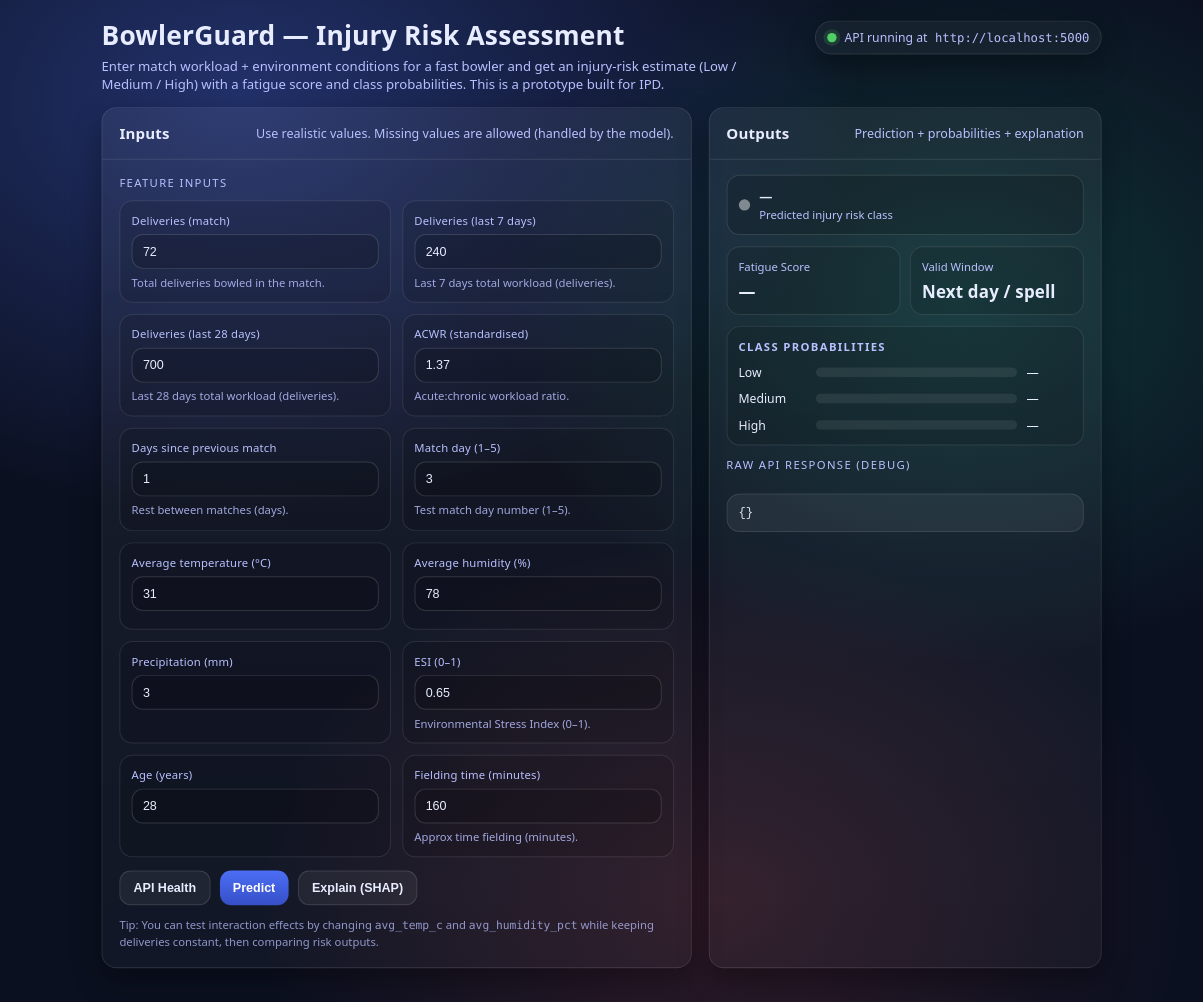
Repository: KulinduDev/bowlerguard_final
Page: bowlerguard/frontend/index.html
An editor plug-in stored every save of this project. The page is shown before and after the next save, followed by the edit.
The browser window is 1280 px wide. The pictures show the whole page, at 94% of full size.

Above is the page before, as saved 2026-02-23 08:53:57.

### bowlerguard/frontend/index.html
<!doctype html>
<html>
<head>
  <meta charset="utf-8"/>
  <meta name="viewport" content="width=device-width, initial-scale=1"/>
  <title>BowlerGuard</title>

  <style>
    :root{
      --bg:#0b1020;
      --card:#111a33;
      --card2:#0f1730;
      --text:#e8ecff;
      --muted:#b8c0ff;
      --line:rgba(255,255,255,.10);
      --shadow: 0 12px 30px rgba(0,0,0,.35);
      --radius:16px;

      --low:#20c997;
      --med:#f59f00;
      --high:#fa5252;
      --btn:#4c6ef5;
      --btn2:#364fc7;
    }

    *{ box-sizing:border-box; }
    body{
      margin:0;
      font-family: ui-sans-serif, system-ui, -apple-system, Segoe UI, Roboto, Helvetica, Arial;
      background: radial-gradient(1200px 800px at 20% 10%, rgba(76,110,245,.35), transparent 55%),
                  radial-gradient(900px 700px at 80% 30%, rgba(32,201,151,.20), transparent 55%),
                  radial-gradient(900px 700px at 60% 90%, rgba(250,82,82,.15), transparent 55%),
                  var(--bg);
      color:var(--text);
      min-height:100vh;
    }

    .wrap{
      max-width:1100px;
      margin:0 auto;
      padding:22px 18px 36px;
    }

    .header{
      display:flex;
      align-items:flex-start;
      justify-content:space-between;
      gap:16px;
      margin-bottom:14px;
    }

    .brand h1{
      margin:0;
      font-size:28px;
      line-height:1.1;
      letter-spacing:.2px;
    }
    .brand p{
      margin:8px 0 0;
      color:var(--muted);
      font-size:14px;
      line-height:1.4;
      max-width: 720px;
    }

    .pill{
      display:inline-flex;
      align-items:center;
      gap:8px;
      padding:8px 12px;
      border:1px solid var(--line);
      border-radius:999px;
      background:rgba(255,255,255,.04);
      box-shadow: var(--shadow);
      font-size:13px;
      color:var(--muted);
      white-space:nowrap;
    }
    .dot{
      width:10px;height:10px;border-radius:50%;
      background: #51cf66;
      box-shadow: 0 0 0 4px rgba(81,207,102,.15);
    }

    .grid{
      display:grid;
      grid-template-columns: 1.2fr .8fr;
      gap:18px;
      margin-top:14px;
    }
    @media (max-width: 980px){
      .grid{ grid-template-columns:1fr; }
      .pill{ display:none; }
    }

    .card{
      background: linear-gradient(180deg, rgba(255,255,255,.06), rgba(255,255,255,.03));
      border:1px solid var(--line);
      border-radius: var(--radius);
      box-shadow: var(--shadow);
      overflow:hidden;
    }
    .card-h{
      padding:16px 18px;
      border-bottom:1px solid var(--line);
      display:flex;
      align-items:center;
      justify-content:space-between;
      gap:12px;
    }
    .card-h h2{
      margin:0;
      font-size:16px;
      letter-spacing:.2px;
    }
    .card-h small{ color:var(--muted); }

    .card-b{ padding:16px 18px 18px; }

    .section-title{
      margin:0 0 10px;
      font-size:12px;
      color:var(--muted);
      text-transform:uppercase;
      letter-spacing:.12em;
    }


    #form{
      display:grid;
      grid-template-columns: repeat(2, minmax(0, 1fr));
      gap:12px;
    }
    @media (max-width: 720px){
      #form{ grid-template-columns:1fr; }
    }

    .row{
      padding:12px;
      border-radius:14px;
      border:1px solid rgba(255,255,255,.10);
      background: rgba(0,0,0,.12);
    }

    label{
      display:block;
      width:auto;
      font-size:12px;
      color:var(--muted);
      margin:0 0 6px;
      letter-spacing:.2px;
    }

    input{
      width:100%;
      padding:10px 11px;
      border-radius:12px;
      border:1px solid rgba(255,255,255,.14);
      background: rgba(0,0,0,.15);
      color:var(--text);
      outline:none;
    }
    input:focus{
      border-color: rgba(76,110,245,.75);
      box-shadow: 0 0 0 4px rgba(76,110,245,.18);
    }

    .hint{
      margin-top:7px;
      font-size:12px;
      color:rgba(184,192,255,.85);
      line-height:1.35;
    }

    .actions{
      display:flex;
      gap:10px;
      flex-wrap:wrap;
      margin-top:14px;
    }

    button{
      border:0;
      border-radius:12px;
      padding:10px 14px;
      font-weight:700;
      cursor:pointer;
      transition:.15s ease;
    }
    .btn-primary{
      background: linear-gradient(180deg, var(--btn), var(--btn2));
      color:white;
    }
    .btn-primary:hover{ transform: translateY(-1px); filter:brightness(1.05); }
    .btn-ghost{
      background: rgba(255,255,255,.06);
      color:var(--text);
      border:1px solid rgba(255,255,255,.12);
    }
    .btn-ghost:hover{ filter:brightness(1.08); }


    .results{
      display:flex;
      flex-direction:column;
      gap:12px;
    }
    .risk-badge{
      display:flex;
      align-items:center;
      gap:10px;
      padding:12px;
      border-radius:14px;
      border:1px solid rgba(255,255,255,.12);
      background: rgba(0,0,0,.16);
    }
    .badge-dot{
      width:12px;height:12px;border-radius:50%;
      background: rgba(255,255,255,.45);
    }
    .risk-badge.low  .badge-dot{ background: var(--low);  box-shadow:0 0 0 5px rgba(32,201,151,.16); }
    .risk-badge.med  .badge-dot{ background: var(--med);  box-shadow:0 0 0 5px rgba(245,159,0,.16); }
    .risk-badge.high .badge-dot{ background: var(--high); box-shadow:0 0 0 5px rgba(250,82,82,.16); }

    .risk-title{ font-size:14px; font-weight:800; margin:0; }
    .risk-sub{ font-size:12px; color:var(--muted); margin:2px 0 0; }

    .kpi{
      display:grid;
      grid-template-columns: 1fr 1fr;
      gap:10px;
    }
    .kpi .box{
      padding:12px;
      border-radius:14px;
      border:1px solid rgba(255,255,255,.10);
      background: rgba(0,0,0,.12);
    }
    .kpi .k{ font-size:12px; color:var(--muted); margin-bottom:6px; }
    .kpi .v{ font-size:18px; font-weight:900; letter-spacing:.2px; }

    .prob{
      border:1px solid rgba(255,255,255,.10);
      background: rgba(0,0,0,.12);
      border-radius:14px;
      padding:12px;
    }
    .prob h3{
      margin:0 0 10px;
      font-size:12px;
      color:var(--muted);
      text-transform:uppercase;
      letter-spacing:.12em;
    }
    .bar{
      display:grid;
      grid-template-columns: 72px 1fr 48px;
      gap:10px;
      align-items:center;
      margin-bottom:10px;
      font-size:13px;
    }
    .bar:last-child{ margin-bottom:0; }
    .track{
      height:10px;
      border-radius:999px;
      background: rgba(255,255,255,.08);
      overflow:hidden;
    }
    .fill{
      height:100%;
      border-radius:999px;
      width:0%;
      background: var(--btn);
    }
    .mono{
      font-family: ui-monospace, SFMono-Regular, Menlo, Monaco, Consolas, "Liberation Mono", "Courier New", monospace;
    }

    pre{
      margin:0;
      background: rgba(255,255,255,.06);
      border:1px solid rgba(255,255,255,.10);
      padding:12px;
      border-radius:14px;
      overflow:auto;
      color: rgba(232,236,255,.95);
    }

    .note{
      color:rgba(184,192,255,.75);
      font-size:12px;
      line-height:1.5;
      margin-top:12px;
    }
  </style>
</head>

<body>
  <div class="wrap">

    <div class="header">
      <div class="brand">
        <h1>BowlerGuard — Injury Risk Assessment</h1>
        <p>
          Enter match workload + environment conditions for a fast bowler and get an injury-risk estimate
          (Low / Medium / High) with a fatigue score and class probabilities. This is a prototype built for IPD.
        </p>
      </div>

      <div class="pill">
        <span class="dot"></span>
        API running at <span class="mono">http://localhost:5000</span>
      </div>
    </div>

    <div class="grid">


      <div class="card">
        <div class="card-h">
          <h2>Inputs</h2>
          <small>Use realistic values. Missing values are allowed (handled by the model).</small>
        </div>
        <div class="card-b">
          <p class="section-title">Feature Inputs</p>
          <div id="form"></div>

          <div class="actions">
            <button class="btn-ghost" onclick="health()">API Health</button>
            <button class="btn-primary" onclick="predict()">Predict</button>
            <button class="btn-ghost" onclick="explain()">Explain (SHAP)</button>
          </div>

          <div class="note">
            Tip: You can test interaction effects by changing <span class="mono">avg_temp_c</span> and
            <span class="mono">avg_humidity_pct</span> while keeping deliveries constant, then comparing risk outputs.
          </div>
        </div>
      </div>

      <!-- OUTPUTS -->
      <div class="card">
        <div class="card-h">
          <h2>Outputs</h2>
          <small>Prediction + probabilities + explanation</small>
        </div>

        <div class="card-b">
          <div class="results">

            <!-- Nice summary -->
            <div class="risk-badge" id="riskBadge">
              <div class="badge-dot"></div>
              <div>
                <p class="risk-title" id="riskLabelText">—</p>
                <p class="risk-sub">Predicted injury risk class</p>
              </div>
            </div>

            <div class="kpi">
              <div class="box">
                <div class="k">Fatigue Score</div>
                <div class="v" id="fatigueText">—</div>
              </div>
              <div class="box">
                <div class="k">Valid Window</div>
                <div class="v">Next day / spell</div>
              </div>
            </div>

            <div class="prob">
              <h3>Class Probabilities</h3>

              <div class="bar">
                <div>Low</div>
                <div class="track"><div class="fill" id="pLow"></div></div>
                <div id="pLowTxt">—</div>
              </div>

              <div class="bar">
                <div>Medium</div>
                <div class="track"><div class="fill" id="pMed"></div></div>
                <div id="pMedTxt">—</div>
              </div>

              <div class="bar">
                <div>High</div>
                <div class="track"><div class="fill" id="pHigh"></div></div>
                <div id="pHighTxt">—</div>
              </div>
            </div>

            <!-- Raw JSON output kept for safety -->
            <p class="section-title">Raw API Response (debug)</p>
            <pre id="out">{}</pre>

          </div>
        </div>
      </div>

    </div>
  </div>


<script>
const API = "http://localhost:5000";

const featureCols = [
 "deliveries_match","deliveries_7d","deliveries_28d","acwr_std","days_since_prev",
 "match_day","avg_temp_c","avg_humidity_pct","precip_mm","esi_norm",
 "age_years","inferred_fielding_time_minutes"
];

const defaults = {
 "deliveries_match": 72,
 "deliveries_7d": 240,
 "deliveries_28d": 700,
 "acwr_std": 1.37,
 "days_since_prev": 1,
 "match_day": 3,
 "avg_temp_c": 31,
 "avg_humidity_pct": 78,
 "precip_mm": 3,
 "esi_norm": 0.65,
 "age_years": 28,
 "inferred_fielding_time_minutes": 160
};


const pretty = {
  deliveries_match: "Deliveries (match)",
  deliveries_7d: "Deliveries (last 7 days)",
  deliveries_28d: "Deliveries (last 28 days)",
  acwr_std: "ACWR (standardised)",
  days_since_prev: "Days since previous match",
  match_day: "Match day (1–5)",
  avg_temp_c: "Average temperature (°C)",
  avg_humidity_pct: "Average humidity (%)",
  precip_mm: "Precipitation (mm)",
  esi_norm: "ESI (0–1)",
  age_years: "Age (years)",
  inferred_fielding_time_minutes: "Fielding time (minutes)"
};

const hints = {
  deliveries_match: "Total deliveries bowled in the match.",
  deliveries_7d: "Last 7 days total workload (deliveries).",
  deliveries_28d: "Last 28 days total workload (deliveries).",
  acwr_std: "Acute:chronic workload ratio.",
  days_since_prev: "Rest between matches (days).",
  match_day: "Test match day number (1–5).",
  esi_norm: "Environmental Stress Index (0–1).",
  inferred_fielding_time_minutes: "Approx time fielding (minutes)."
};

const container = document.getElementById("form");
featureCols.forEach(c => {
  const div = document.createElement("div");
  div.className = "row";
  div.innerHTML = `
    <label for="${c}">${pretty[c] ?? c}</label>
    <input id="${c}" value="${defaults[c] ?? 0}" inputmode="decimal">
    <div class="hint">${hints[c] ?? ""}</div>
  `;
  container.appendChild(div);
});

function buildPayload(){
  const payload = {};
  featureCols.forEach(c => payload[c] = Number(document.getElementById(c).value));
  return payload;
}

function show(obj){
  document.getElementById("out").textContent = JSON.stringify(obj, null, 2);
}

function renderPrettyOutputs(obj){
  // Always show raw
  show(obj);

  // If API returned error
  if (obj && obj.error){
    document.getElementById("riskLabelText").innerText = "Error";
    document.getElementById("fatigueText").innerText = "—";
    document.getElementById("pLowTxt").innerText = "—";
    document.getElementById("pMedTxt").innerText = "—";
    document.getElementById("pHighTxt").innerText = "—";
    document.getElementById("pLow").style.width = "0%";
    document.getElementById("pMed").style.width = "0%";
    document.getElementById("pHigh").style.width = "0%";
    document.getElementById("riskBadge").classList.remove("low","med","high");
    return;
  }

  // Predicted label
  const label = (obj.predicted_label || "—");
  document.getElementById("riskLabelText").innerText = label;

  // Badge color
  const badge = document.getElementById("riskBadge");
  badge.classList.remove("low","med","high");
  if (label.toLowerCase() === "low") badge.classList.add("low");
  if (label.toLowerCase() === "medium") badge.classList.add("med");
  if (label.toLowerCase() === "high") badge.classList.add("high");

  // Fatigue score
  if (obj.fatigue_score !== undefined && obj.fatigue_score !== null){
    const f = Number(obj.fatigue_score);
    document.getElementById("fatigueText").innerText = isFinite(f) ? f.toFixed(1) : "—";
  } else {
    document.getElementById("fatigueText").innerText = "—";
  }

  // Probabilities
  const probs = obj.probabilities || {};
  const pLow = (probs.Low ?? 0) * 100;
  const pMed = (probs.Medium ?? 0) * 100;
  const pHigh = (probs.High ?? 0) * 100;

  document.getElementById("pLow").style.width = pLow.toFixed(0) + "%";
  document.getElementById("pMed").style.width = pMed.toFixed(0) + "%";
  document.getElementById("pHigh").style.width = pHigh.toFixed(0) + "%";

  document.getElementById("pLowTxt").innerText = pLow.toFixed(0) + "%";
  document.getElementById("pMedTxt").innerText = pMed.toFixed(0) + "%";
  document.getElementById("pHighTxt").innerText = pHigh.toFixed(0) + "%";
}

async function health(){
  const r = await fetch(API + "/health");
  renderPrettyOutputs(await r.json());
}

async function predict(){
  const payload = buildPayload();
  const r = await fetch(API + "/predict", {
    method:"POST",
    headers:{"Content-Type":"application/json"},
    body: JSON.stringify(payload)
  });
  renderPrettyOutputs(await r.json());
}

async function explain(){
  const payload = buildPayload();
  const r = await fetch(API + "/explain", {
    method:"POST",
    headers:{"Content-Type":"application/json"},
    body: JSON.stringify(payload)
  });
  // Still show raw response, but keep last prediction visuals.
  show(await r.json());
}
</script>
</body>
</html>

After the next save:
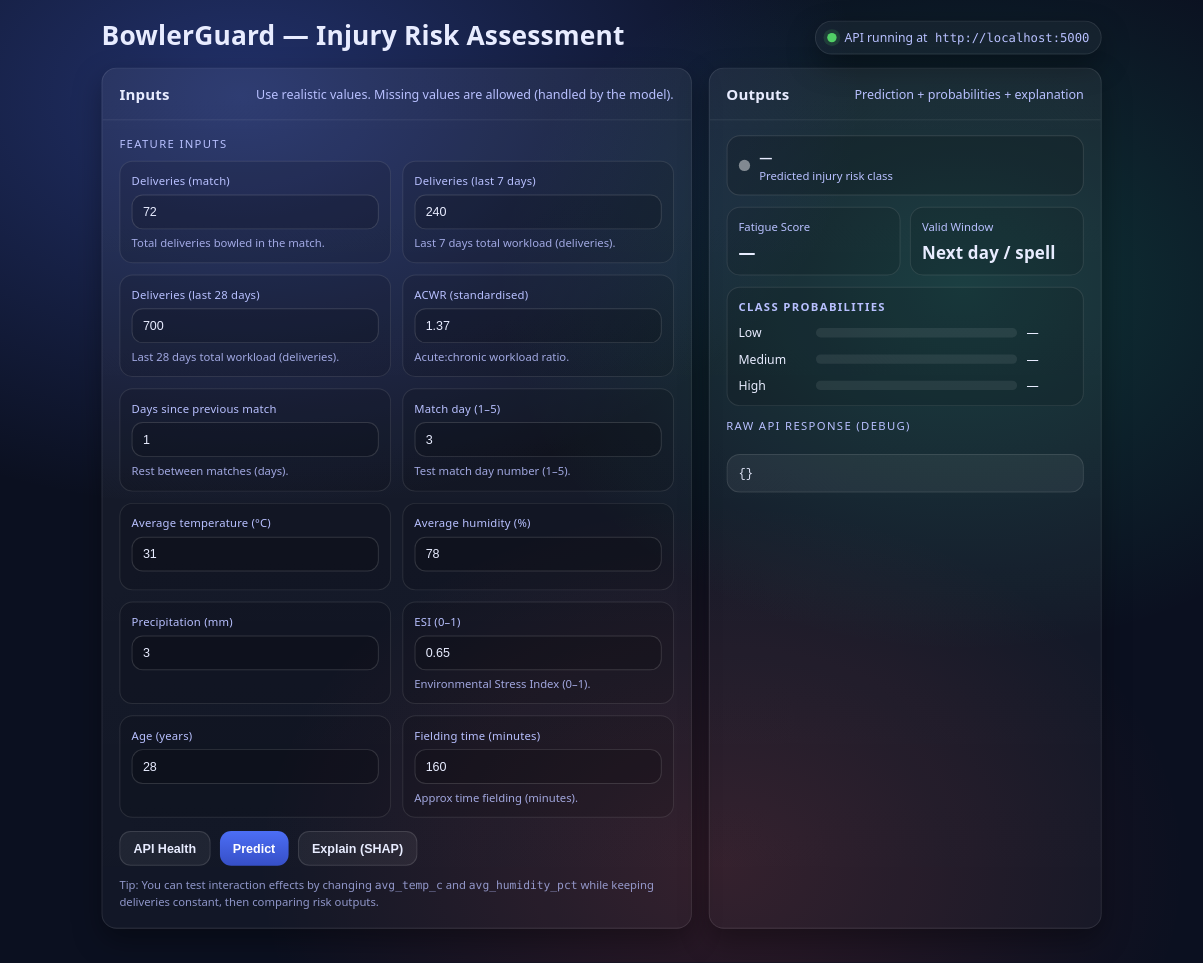
Saved 4 min 39 s later.
--- a/bowlerguard/frontend/index.html
+++ b/bowlerguard/frontend/index.html
@@ -302,10 +302,7 @@
     <div class="header">
       <div class="brand">
         <h1>BowlerGuard — Injury Risk Assessment</h1>
-        <p>
-          Enter match workload + environment conditions for a fast bowler and get an injury-risk estimate
-          (Low / Medium / High) with a fatigue score and class probabilities. This is a prototype built for IPD.
-        </p>
+
       </div>
 
       <div class="pill">
@@ -339,7 +336,7 @@
         </div>
       </div>
 
-      <!-- OUTPUTS -->
+
       <div class="card">
         <div class="card-h">
           <h2>Outputs</h2>
@@ -349,7 +346,7 @@
         <div class="card-b">
           <div class="results">
 
-            <!-- Nice summary -->
+
             <div class="risk-badge" id="riskBadge">
               <div class="badge-dot"></div>
               <div>
@@ -477,10 +474,10 @@ function show(obj){
 }
 
 function renderPrettyOutputs(obj){
-  // Always show raw
+
   show(obj);
 
-  // If API returned error
+
   if (obj && obj.error){
     document.getElementById("riskLabelText").innerText = "Error";
     document.getElementById("fatigueText").innerText = "—";
@@ -494,18 +491,18 @@ function renderPrettyOutputs(obj){
     return;
   }
 
-  // Predicted label
+
   const label = (obj.predicted_label || "—");
   document.getElementById("riskLabelText").innerText = label;
 
-  // Badge color
+
   const badge = document.getElementById("riskBadge");
   badge.classList.remove("low","med","high");
   if (label.toLowerCase() === "low") badge.classList.add("low");
   if (label.toLowerCase() === "medium") badge.classList.add("med");
   if (label.toLowerCase() === "high") badge.classList.add("high");
 
-  // Fatigue score
+
   if (obj.fatigue_score !== undefined && obj.fatigue_score !== null){
     const f = Number(obj.fatigue_score);
     document.getElementById("fatigueText").innerText = isFinite(f) ? f.toFixed(1) : "—";
@@ -513,7 +510,7 @@ function renderPrettyOutputs(obj){
     document.getElementById("fatigueText").innerText = "—";
   }
 
-  // Probabilities
+
   const probs = obj.probabilities || {};
   const pLow = (probs.Low ?? 0) * 100;
   const pMed = (probs.Medium ?? 0) * 100;
@@ -550,7 +547,7 @@ async function explain(){
     headers:{"Content-Type":"application/json"},
     body: JSON.stringify(payload)
   });
-  // Still show raw response, but keep last prediction visuals.
+
   show(await r.json());
 }
 </script>
